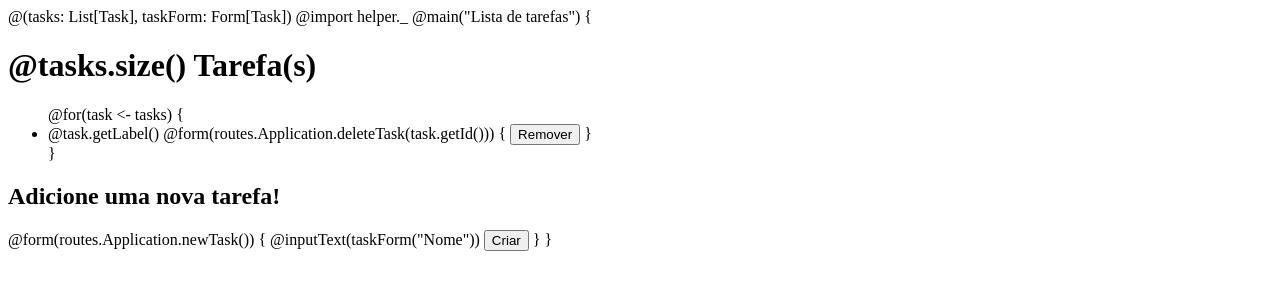
Repository: lcavalcante/si1
Page: lab2/.target/views/index.scala.html
An editor plug-in stored every save of this project. The page is shown before and after the next save, followed by the edit.
The browser window is 1280 px wide. The pictures show the whole page.

Above is the page before, as saved 2013-11-26 23:49:30.

After the next save:
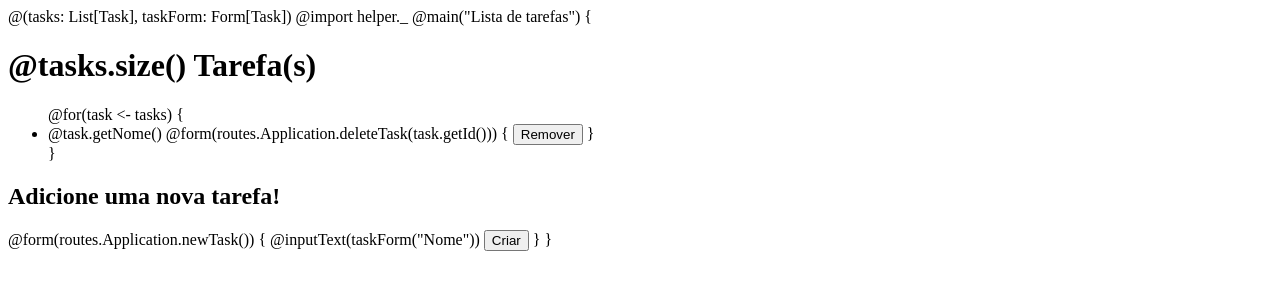
Saved 13 s later.
--- a/lab2/.target/views/index.scala.html
+++ b/lab2/.target/views/index.scala.html
@@ -9,7 +9,7 @@
     <ul>
         @for(task <- tasks) {
             <li>
-                @task.getLabel()
+                @task.getNome()
 
                 @form(routes.Application.deleteTask(task.getId())) {
                     <input type="submit" value="Remover">
